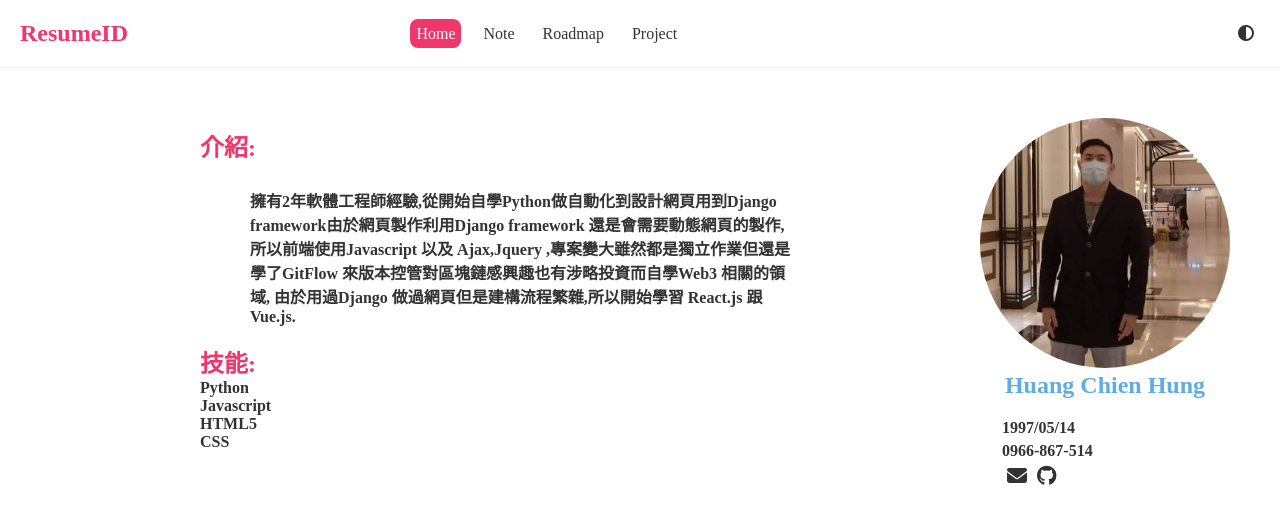
Repository: leo-play-code/ResumeID
Page: /
These files come from the project's save history. The page is drawn as it stood at one moment and after a run of saves; the edit follows.
The browser window is 1280 px wide. The pictures show the whole page.
Some web libraries are served in a nearby version. The project was rebuilt for these pictures with package versions that can differ from the ones it lists, and the page was loaded fresh each time. Also part of the build but not shown: src/Note/Note.js, src/Roadmap/Roadmap.js, src/Project/Project.js.

Above is the page before, as saved 2022-10-18 15:24:50.

### public/index.html
<!DOCTYPE html>
<html lang="en">
  <head>
    <meta charset="utf-8" />
    <link rel="icon" href="%PUBLIC_URL%/favicon.ico" />
    <meta name="viewport" content="width=device-width, initial-scale=1" />
    <meta name="theme-color" content="#000000" />
    <meta
      name="description"
      content="Web site created using create-react-app"
    />
    <link rel="apple-touch-icon" href="%PUBLIC_URL%/logo192.png" />
    <link rel="manifest" href="%PUBLIC_URL%/manifest.json" />

    <!-- fontawesome -->
    <script src="https://kit.fontawesome.com/14e9a4f90b.js" crossorigin="anonymous"></script>
    <title>React App</title>
  </head>
  <body>
    <noscript>You need to enable JavaScript to run this app.</noscript>
    <div id="root"></div>
  </body>
</html>

### src/index.css
/* base styles */
* {
  margin: 0;
  font-family: "Quicksand";
  color: #333;
}
.navbar {
  padding: 20px;
  display: flex;
  align-items: center;
  max-width: 100%;
  margin: 0 auto;
  border-bottom: 1px solid #f2f2f2;
}
.navbar h1 {
  color: #f1356d;
}
.navbar-center{
  margin-inline: auto;
}
.navbar-center .page-selected{
  color:white;
  background: #f1356d;
  border-radius: 8px;
  pointer-events: none;
}
.navbar .navbar-right {
  margin-left: auto;
}
.navbar a {
  margin-left: 16px;
  text-decoration: none;
  padding: 6px;
}
.navbar a:hover {
  color: #f1356d;
}
.content {
  max-width: 600px;
  margin: 40px auto;
  padding: 20px;
}

/* Home */
.Home .profile{
  height: 500px;
}
.Home .picture img{
  border-radius: 50%;
  max-width: 250px;
}
.Home .profile .MainName{
  color:#5DADE2;
}

.Home .introduction{
  margin-top: 60px;
  margin-left: 200px;
  float:left;
  width: 600px;
}
.Home .information{
  margin: 50px;
  float:right;
}


.Home .introduction h2{
  color:#f1356d
}
.Home .introduction .context{
  margin-top: 25px;
  margin-left: 50px;
}


.Home .picture{
  text-align: center;
}

.Home .contact{
  margin-top: 20px;
  margin-left:17px
}

.Home .contact div{
  margin :5px;
}

.Home .contact span{
  margin :5px;
}


.Home .contact a{
  margin :5px;
  font-size: 20px;
  transition: 0.3s;
}

.Home .contact a:hover{
  font-size: 35px;
  transition: 0.3s;
}

.Home .skill{

}

### src/App.js
import Navbar from './Navbar/Navbar';
import { BrowserRouter as Router,Route,Switch} from 'react-router-dom'
import Home from './Home/Home';
import Note from './Note/Note';
import Roadmap from './Roadmap/Roadmap';
import Project from './Project/Project';

function App(){
    return (
        <Router>
            <div className="App">
            <Navbar />
                <Switch>
                    <Route exact path='/'>
                        <Home />
                    </Route>
                    <Route exact path='/Note'>
                        <Note />
                    </Route>
                    <Route exact path='/Roadmap'>
                        <Roadmap />
                    </Route>
                    <Route exact path='/Project'>
                        <Project />
                    </Route>

                </Switch>
            </div>
        </Router>

    )
}

export default App;

### src/Navbar/Navbar.js
import { useEffect, useState } from 'react';
import {Link} from 'react-router-dom';

function Navbar(){
    const [navbar_state,setPageState] = useState('');
    function ChangeColor(){
        console.log('changecolor')
    }
    function PageSelected(navbar_state){
        setPageState(navbar_state)
    }
    useEffect(()=>{
        const init_url_arr = window.location.href.split('/')
        const init_url_page = init_url_arr[init_url_arr.length-1]
        setPageState(init_url_page)
    })
    return (
        <nav className="navbar">
            <h1>ResumeID</h1>
            <span className='navbar-center'>
                {(navbar_state == '')&& <Link to="/" className='page-selected'>Home</Link>}
                {!(navbar_state == '')&&<Link to="/" onClick={()=>PageSelected('Home')}>Home</Link>}
                {(navbar_state == 'Note')&& <Link to="/Note" className='page-selected'>Note</Link>}
                {!(navbar_state == 'Note')&&<Link to="/Note" onClick={()=>PageSelected('Note')}>Note</Link>}
                {(navbar_state == 'Roadmap')&& <Link to="/Roadmap" className='page-selected'>Roadmap</Link>}
                {!(navbar_state == 'Roadmap')&&<Link to="/Roadmap" onClick={()=>PageSelected('Roadmap')}>Roadmap</Link>}
                {(navbar_state == 'Project')&& <Link to="/Project" className='page-selected'>Project</Link>}
                {!(navbar_state == 'Project')&&<Link to="/Project" onClick={()=>PageSelected('Project')}>Project</Link>}
            </span>
            <div className="navbar-right">
                <a onClick={ChangeColor}><i className="fa-solid fa-circle-half-stroke"></i></a>
            </div>
        </nav>
    )
}

export default Navbar ;

### src/Home/Home.js



function Home(){
    const pic = require('./static/image/selfy.jpg');
    return(
        <div className="Home">
            <div className='profile'>
                <div className="introduction">
                    <h2 className='context-title'>介紹:</h2>
                    <div className='context'>
                        <b>擁有2年軟體⼯程師經驗,從開始⾃學Python做⾃動化到設計網⾴⽤到Django framework</b>
                        <b>由於網⾴製作利⽤Django framework 還是會需要動態網⾴的製作,所以前端使⽤Javascript 以及 Ajax,Jquery ,專案變⼤雖然都是獨立作業但還是學了GitFlow 來版本控管</b>
                        <b>對區塊鏈感興趣也有涉略投資⽽⾃學Web3 相關的領域, 由於⽤過Django 做過網⾴但是建構流程繁雜,所以開始學習 React.js 跟 Vue.js.</b>
                    </div>
                    <br />
                    <h2 className='context-title'>技能:</h2>
                    <div className='skill'>
                        <div><b>Python</b></div>
                        <div><b>Javascript</b></div>
                        <div><b>HTML5</b></div>
                        <div><b>CSS</b></div>
                    </div>
                </div>
                <div className='information'>
                    <div className="picture">
                        <img src={pic} alt="" />
                        <h2 className='MainName'>Huang Chien Hung</h2>
                    </div>
                    <div className="contact">
                        <div><b>1997/05/14</b></div>
                        <div><b>0966-867-514</b></div>
                        <span>
                            <a href="mailto:leo56029132@gmail.com"><i className="fa-solid fa-envelope"></i></a>
                            <a href="https://github.com/leo-play-code"><i className="fa fa-github"></i></a>
                        </span>
                    </div>
                </div>
            </div>
        </div>
    )
}
export default Home ;

Loaded but not shown: src/index.js (common file); src/reportWebVitals.js (common file)

After the next 4 saves:
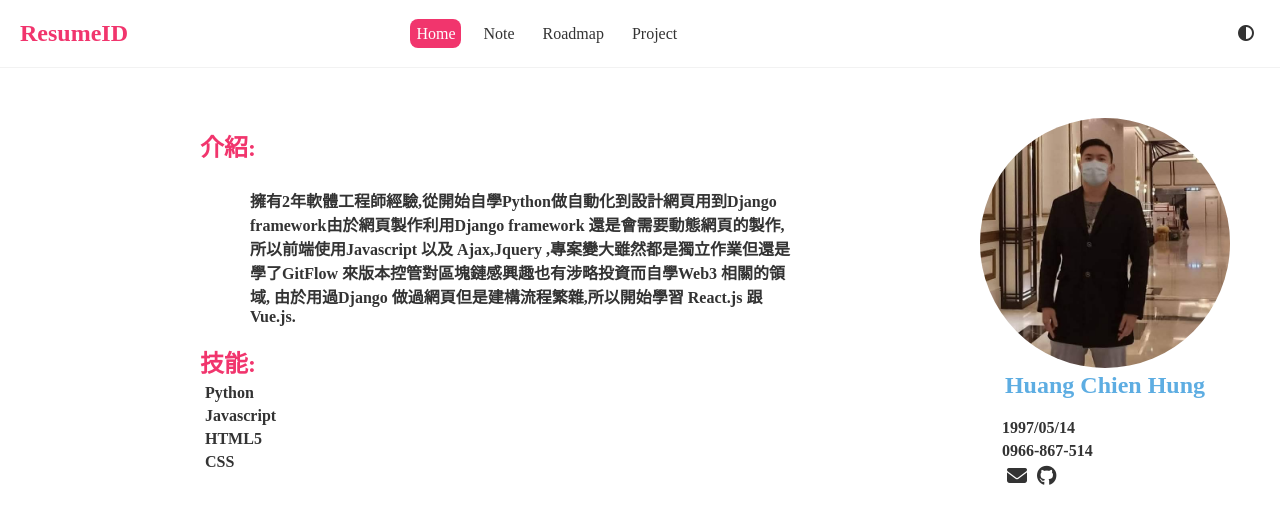
The 4 saves are shown as one change because they came seconds apart.
The last was saved 11 s later.
--- a/src/index.css
+++ b/src/index.css
@@ -103,6 +103,6 @@
   transition: 0.3s;
 }
 
-.Home .skill{
-
+.Home .skill div{
+  margin: 5px;
 }
